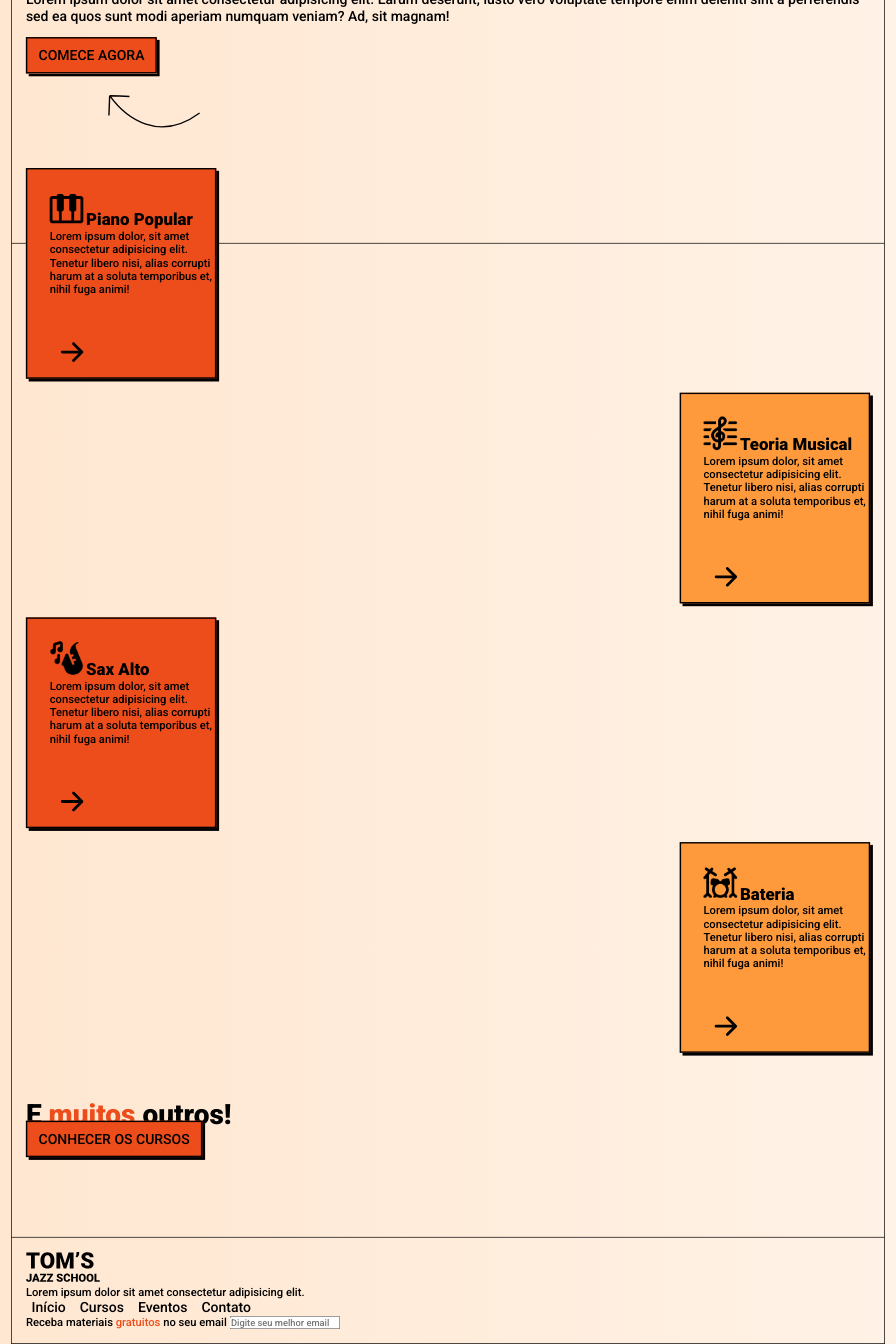
Repository: tenoriodasilva31/OBC-Music-School
Page: index.html
The author's editor kept a copy of each file at every save. The page is drawn from the files as they stood at one save, then again after the next save.
The browser window is 1280 px wide. The pictures show the part of the page from y = 1190 to 3110 px (the page is 3110 px tall), at 70% of full size.

Above is the page before, as saved 2023-07-05 17:48:31.

After the next save:
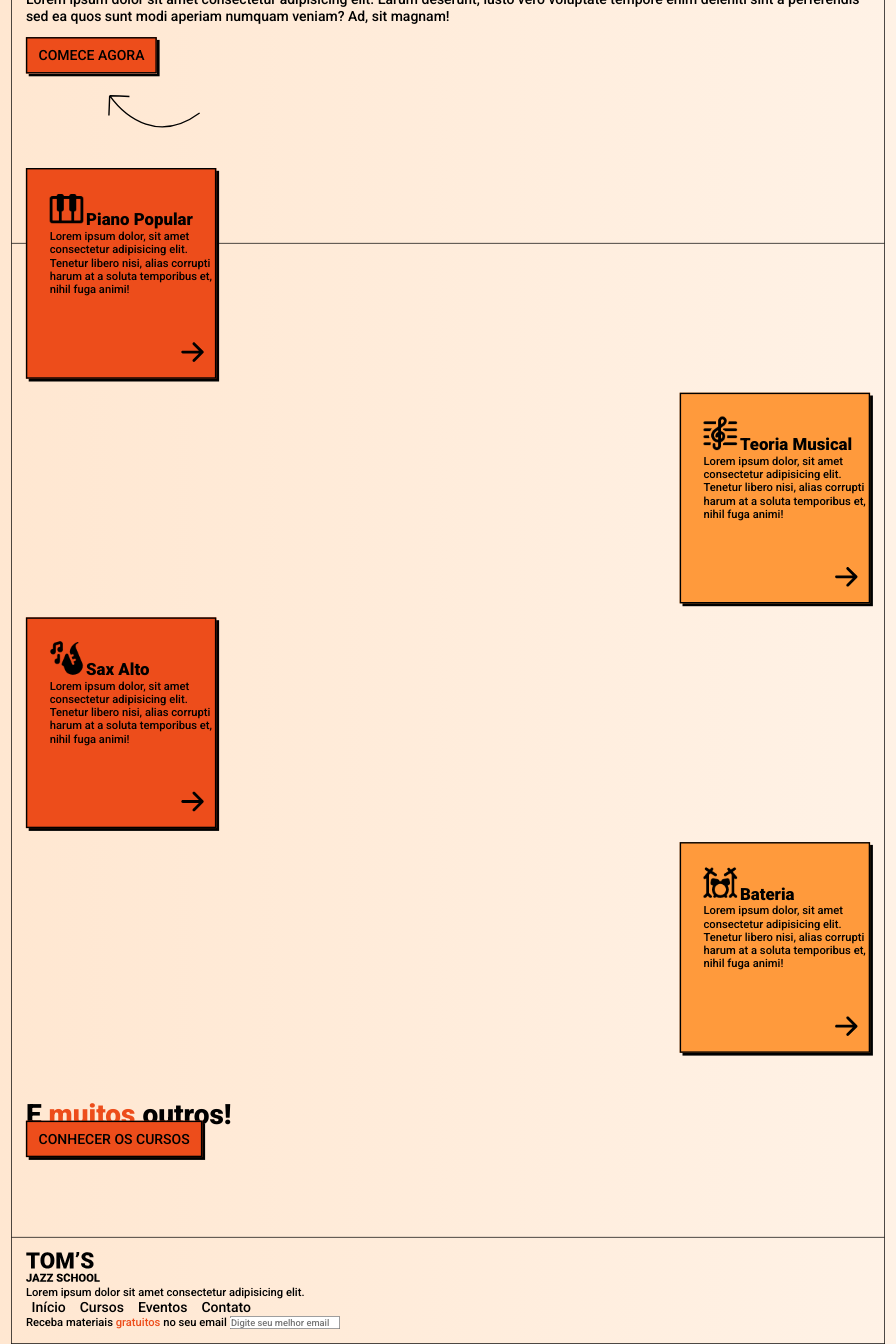
Saved 33 s later.
--- a/index.css
+++ b/index.css
@@ -150,6 +150,7 @@ h2 {
 .card a {
     display: block;
     margin: 3rem 0 0 auto;
+    width: fit-content;
 }
 
 .mt-1 {
